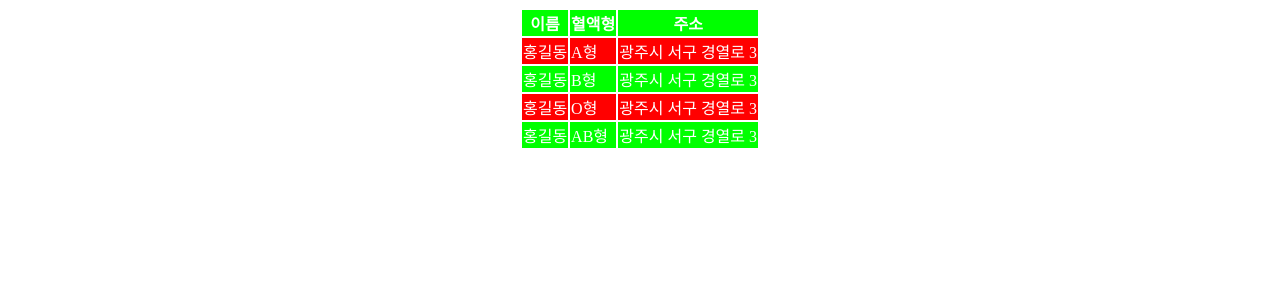
Repository: l3asic/TeamC
Page: 09.jQuery/WebContent/jq01.html
An editor plug-in stored every save of this project. The page is shown before and after the next save, followed by the edit.
The browser window is 1280 px wide. The pictures show the whole page.

Above is the page before, as saved 2021-12-08 05:45:55.

### 09.jQuery/WebContent/jq01.html
<!DOCTYPE html>
<html>
<head>
<meta charset="UTF-8">
<title>jQuery01</title>
<style type="text/css">
table tr{
	background-color: #ff0000;
	color: #ffffff;
}
</style>
<script type="text/javascript" src="jquery/jquery-3.6.0.js"></script>
<script type="text/javascript">
$(document).ready(function(){
	$('tr:odd').css("background", "#ff0000");
	$("tr:even").css("background", "#00ff00");
});	//ready()
</script>
</head>
<body>
<div align="center">
<table>
	<tr><th>이름</th><th>혈액형</th><th>주소</th></tr>
	<tr><td>홍길동</td><td>A형</td><td>광주시 서구 경열로 3</td></tr>
	<tr><td>홍길동</td><td>B형</td><td>광주시 서구 경열로 3</td></tr>
	<tr><td>홍길동</td><td>O형</td><td>광주시 서구 경열로 3</td></tr>
	<tr><td>홍길동</td><td>AB형</td><td>광주시 서구 경열로 3</td></tr>
</table>
</div>
</body>
</html>

Loaded but not shown: 09.jQuery/WebContent/jquery/jquery-3.6.0.js (library)

After the next save:
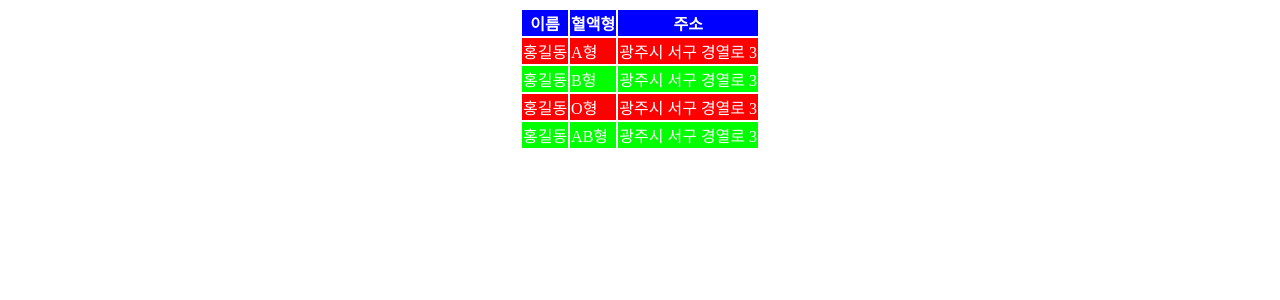
Saved 105 s later.
--- a/09.jQuery/WebContent/jq01.html
+++ b/09.jQuery/WebContent/jq01.html
@@ -14,6 +14,7 @@ table tr{
 $(document).ready(function(){
 	$('tr:odd').css("background", "#ff0000");
 	$("tr:even").css("background", "#00ff00");
+	$("tr:first").css("background", "#0000ff").css("color", "#ffffff");
 });	//ready()
 </script>
 </head>
